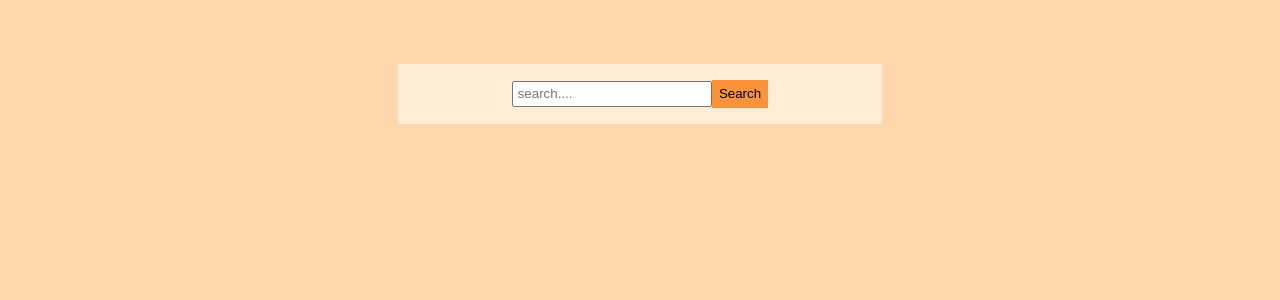
Repository: sandipkarmokar/recipeApp
Page: /
An editor plug-in stored every save of this project. The page is shown before and after the next save, followed by the edit.
The browser window is 1280 px wide. The pictures show the whole page.
The project was rebuilt for these pictures with package versions that can differ from the ones it lists, and the page was loaded fresh each time.

Above is the page before, as saved 2022-04-15 16:55:30.

After the next save:
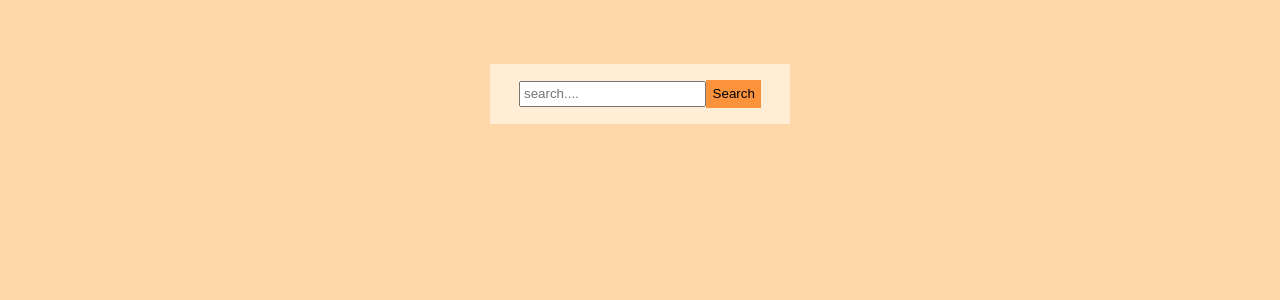
Saved 33 s later.
--- a/src/App.css
+++ b/src/App.css
@@ -13,7 +13,7 @@
 }
 
 .app .app-container {
-    width: 70%;
+    width: 500px;
     margin: 0 auto;
 }
 .app .app-container .searchBar {
